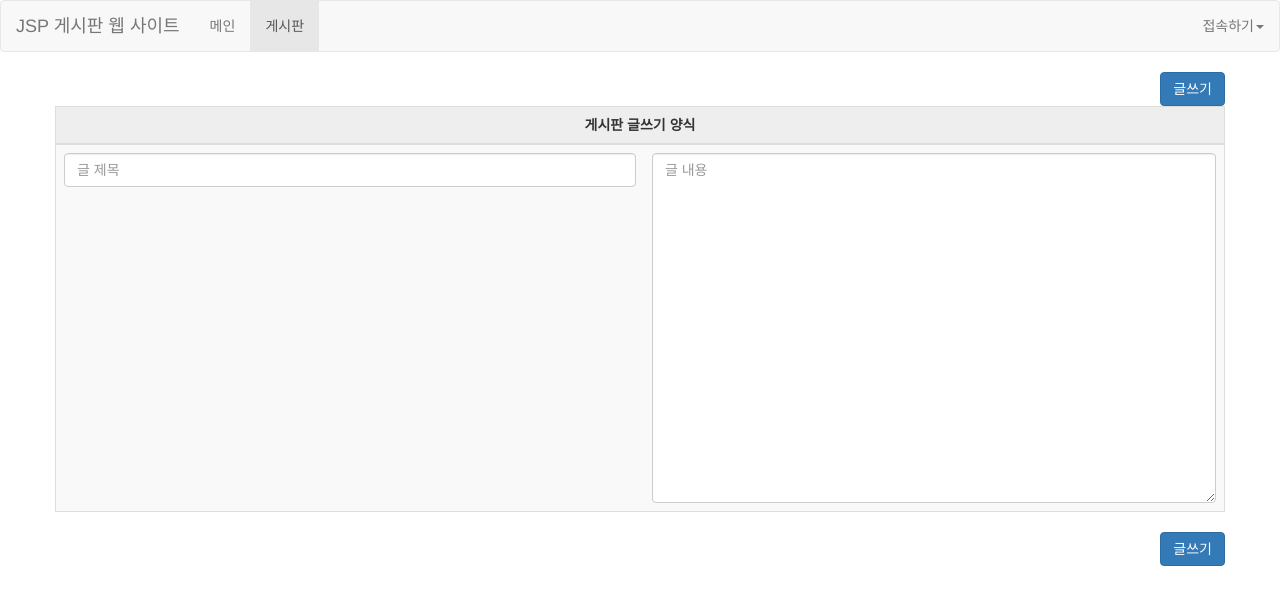
Repository: hseob04/jsp_bbs
Page: http://localhost/BBS/write.jsp
The author's editor kept a copy of each file at every save. The page is drawn from the files as they stood at one save, then again after the next save.
The browser window is 1280 px wide. The pictures show the whole page.
Some web libraries are served in a nearby version. The page is served by Tomcat 9.

Above is the page before, as saved 2021-03-22 14:54:27.

After the next save:
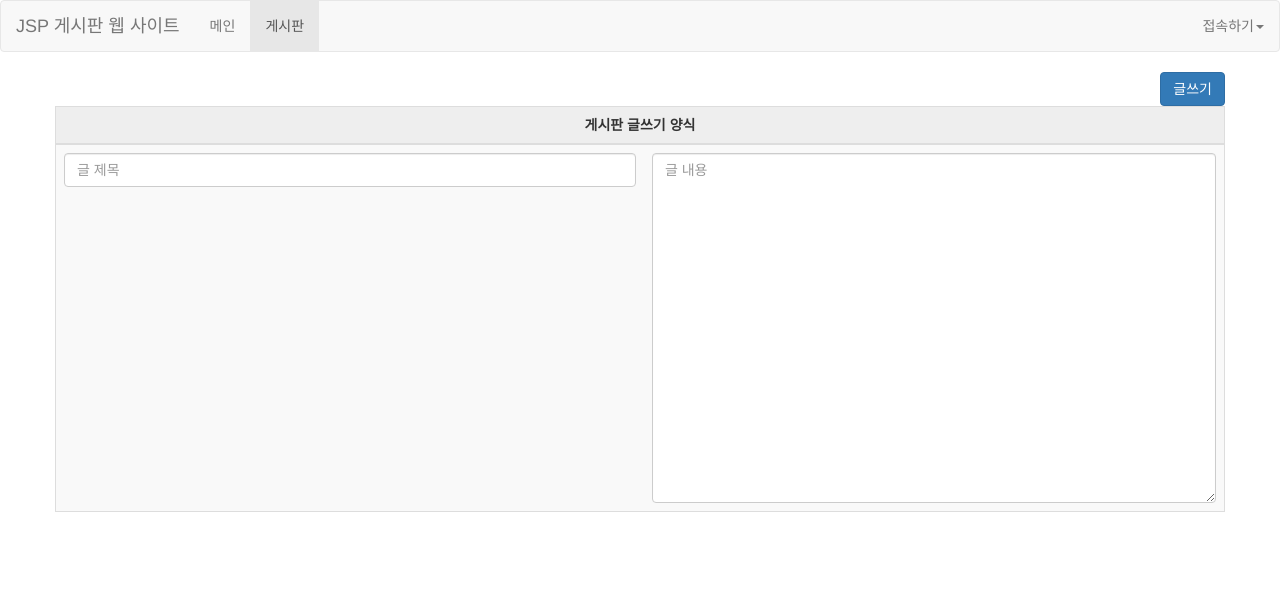
Saved 55 s later.
--- a/JSP/projects/BBS/src/main/webapp/write.jsp
+++ b/JSP/projects/BBS/src/main/webapp/write.jsp
@@ -75,23 +75,24 @@
 	</nav>
 	<div class="container">
 		<div class="row">
-		<form></form>
+		<form>
 			<table class="table table-striped" style="text-align: center; border: 1px solid #dddddd">
-				<thead>
-					<tr>
-						<th colspan="2" style="background-color: #eeeeee; text-align: center;">게시판 글쓰기 양식</th>
-					</tr>
-				</thead>
-				<tbody>
-					<tr>
-						<td><input type="text" class="form-control" placeholder="글 제목" name="bbsTitle" maxlength="50"></td>
-						<td><textarea type="text" class="form-control" placeholder="글 내용" name="bbsContent" maxlength="2048" style="height: 350px;"></textarea></td>
+					<thead>
+						<tr>
+							<th colspan="2" style="background-color: #eeeeee; text-align: center;">게시판 글쓰기 양식</th>
+						</tr>
+					</thead>
+					<tbody>
+						<tr>
+							<td><input type="text" class="form-control" placeholder="글 제목" name="bbsTitle" maxlength="50"></td>
+							<td><textarea type="text" class="form-control" placeholder="글 내용" name="bbsContent" maxlength="2048" style="height: 350px;"></textarea></td>
 
-					</tr>
-				</tbody>
-			<input type="submit" class="btn btn-primary pull-right" value="글쓰기">
+						</tr>
+					</tbody>
+				<input type="submit" class="btn btn-primary pull-right" value="글쓰기">
 			</table>
-			<a href="write.jsp" class="btn btn-primary pull-right">글쓰기</a>
+		</form>
+
 		</div>
 	</div>
 	<script src="https://code.jquery.com/jquery-3.1.1.min.js"></script>
